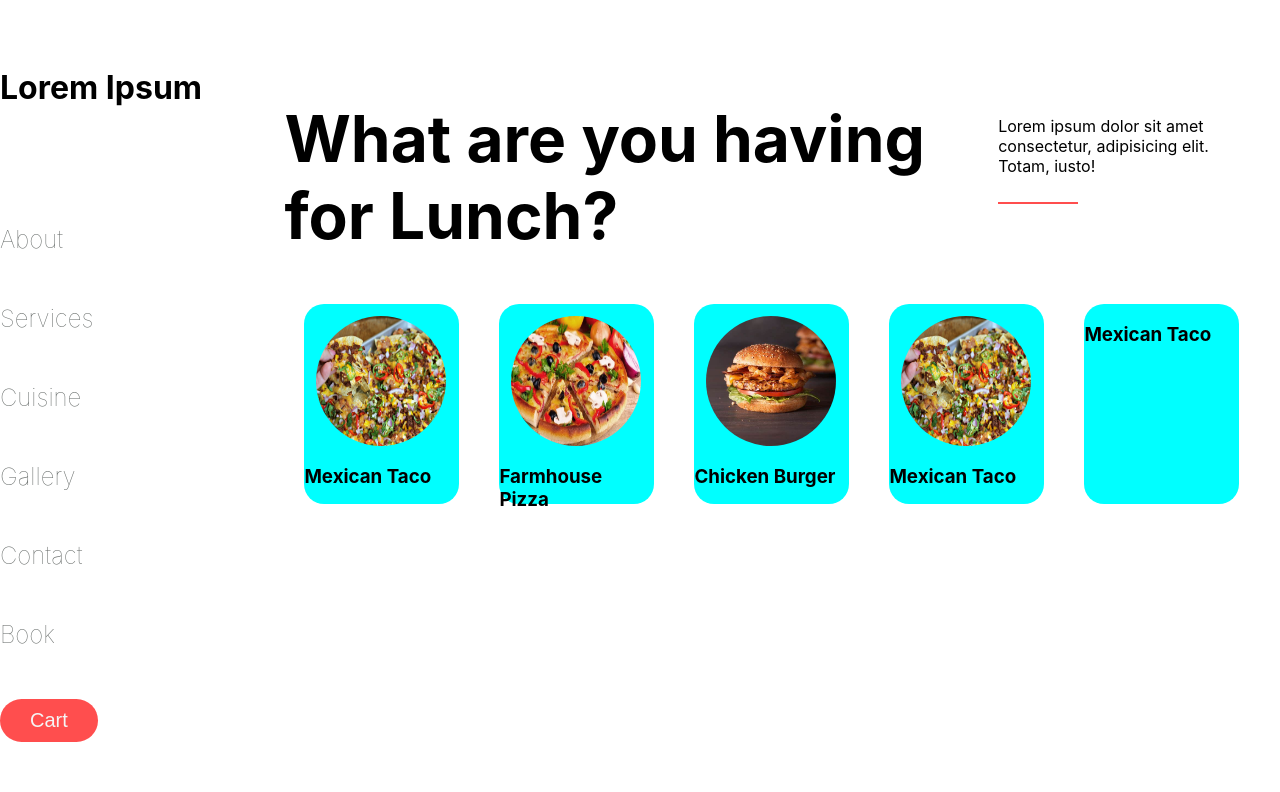
Repository: Marlstergo/assignment2
Page: /
An editor plug-in stored every save of this project. The page is shown before and after the next save, followed by the edit.
The browser window is 1280 px wide. The pictures show the whole page.
The project was rebuilt for these pictures with package versions that can differ from the ones it lists, and the page was loaded fresh each time.

Above is the page before, as saved 2021-07-27 03:00:17.

After the next save:
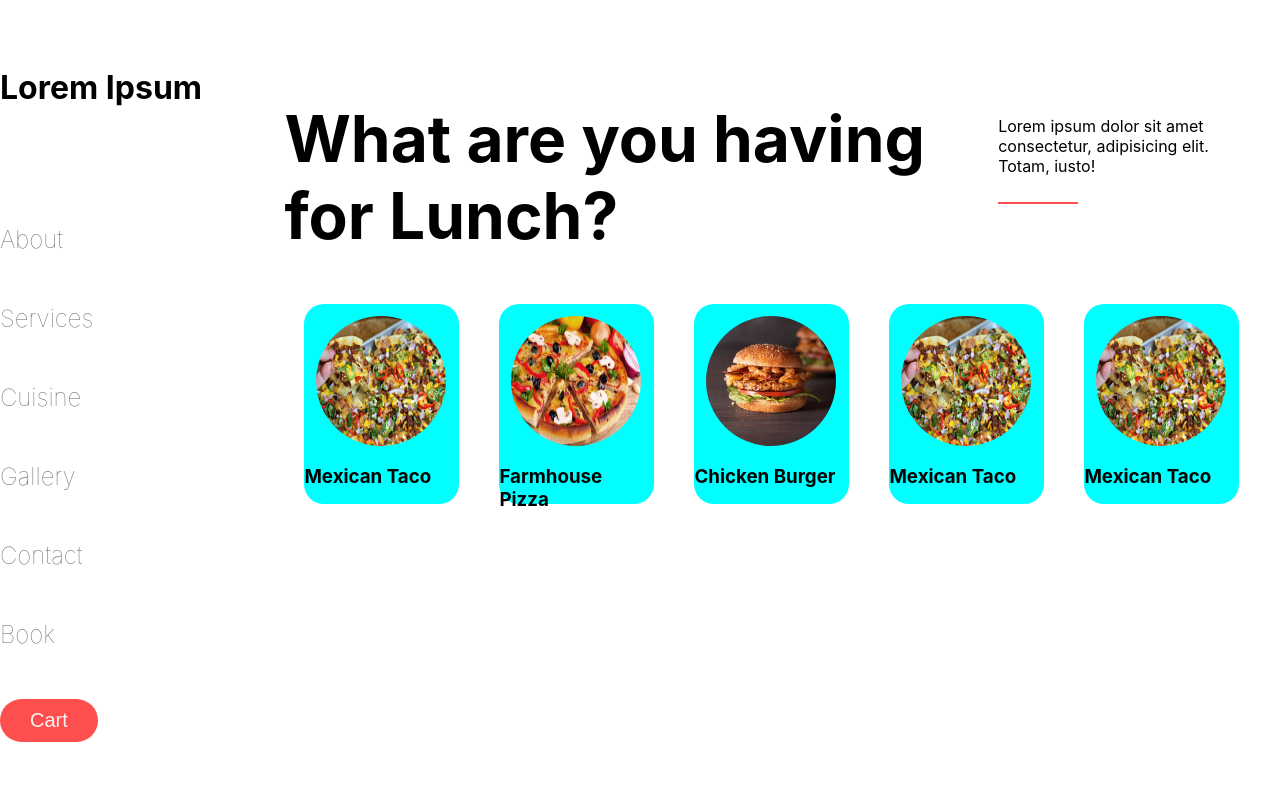
Saved 21 s later.
--- a/src/App.js
+++ b/src/App.js
@@ -81,13 +81,19 @@ function App() {
               </div>
             </div>
             <div className="cell">
-              <div className="imagediv">{/* image */}<img src={Nachos} alt="nachos" className="" /></div>
+              <div className="imagediv">
+                {/* image */}
+                <img src={Nachos} alt="nachos" className="" />
+              </div>
               <div className="">
                 <h3 className="">Mexican Taco</h3>
               </div>
             </div>
             <div className="cell">
-              <div className="">{/* image */}</div>
+              <div className="imagediv">
+                {/* image */}
+                <img src={Nachos} alt="nachos" className="" />
+              </div>
               <div className="">
                 <h3 className="">Mexican Taco</h3>
               </div>
